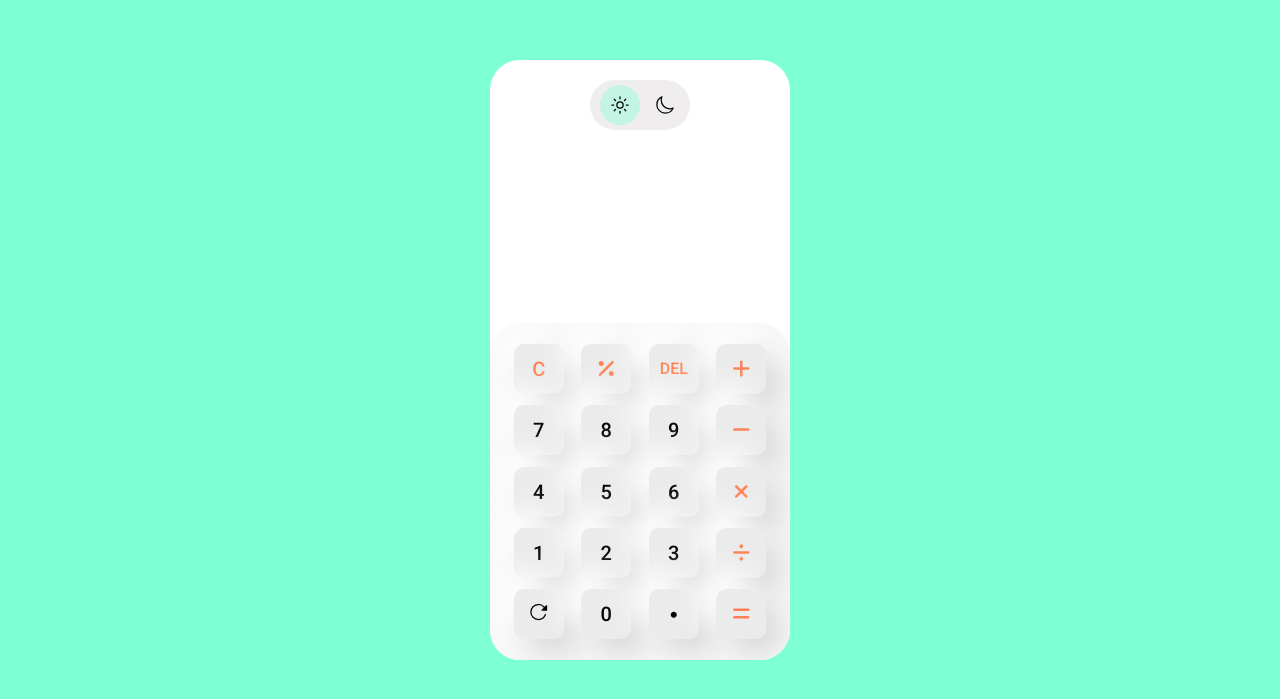
Repository: dinhtri123/caculator-app
Page: index.html
An editor plug-in stored every save of this project. The page is shown before and after a run of saves, followed by the edit.
The browser window is 1280 px wide. The pictures show the whole page.
After loading, the first visible `div.button-mode` was clicked once.

Above is the page before, as saved 2023-01-04 09:06:20.

### index.html
<!DOCTYPE html>
<html lang="en" data-theme="light">
  <head>
    <meta charset="UTF-8" />
    <meta http-equiv="X-UA-Compatible" content="IE=edge" />
    <meta name="viewport" content="width=device-width, initial-scale=1.0" />
    <title>Caculator App</title>
    <script
      type="module"
      src="https://unpkg.com/ionicons@5.5.2/dist/ionicons/ionicons.esm.js"
    ></script>
    <script
      nomodule
      src="https://unpkg.com/ionicons@5.5.2/dist/ionicons/ionicons.js"
    ></script>
    <link
      rel="stylesheet"
      href="https://cdnjs.cloudflare.com/ajax/libs/font-awesome/6.2.1/css/all.min.css"
      integrity="sha512-MV7K8+y+gLIBoVD59lQIYicR65iaqukzvf/nwasF0nqhPay5w/9lJmVM2hMDcnK1OnMGCdVK+iQrJ7lzPJQd1w=="
      crossorigin="anonymous"
      referrerpolicy="no-referrer"
    />
    <link rel="stylesheet" href="style.css" />
  </head>
  <body>
    <div class="wrapper">
      <div class="mode">
        <div class="button-mode light active-mode">
          <ion-icon name="sunny-outline" class="icon-mode"></ion-icon>
        </div>
        <div class="button-mode dark">
          <ion-icon name="moon-outline" class="icon-mode"></ion-icon>
        </div>
      </div>
      <div class="main">
        <div class="display">
          <div class="show"></div>
          <div class="result"></div>
        </div>
        <div class="caculator">
          <div>
            <button class="btn clear operator">C</button>
          </div>
          <div>
            <button value="%" class="btn operator">
              <i class="fa-solid fa-percent"></i>
            </button>
          </div>
          <div>
            <button class="btn delete operator">DEL</button>
          </div>
          <div>
            <button value="+" class="btn">
              <i class="fa-solid fa-plus operator"></i>
            </button>
          </div>
          <div>
            <button value="7" class="btn">7</button>
          </div>
          <div>
            <button value="8" class="btn">8</button>
          </div>
          <div>
            <button value="9" class="btn">9</button>
          </div>
          <div>
            <button value="-" class="btn operator">
              <i class="fa-solid fa-minus"></i>
            </button>
          </div>
          <div>
            <button value="4" class="btn">4</button>
          </div>
          <div>
            <button value="5" class="btn">5</button>
          </div>
          <div>
            <button value="6" class="btn">6</button>
          </div>
          <div>
            <button value="*" class="btn operator">
              <i class="fa-solid fa-xmark"></i>
            </button>
          </div>
          <div>
            <button value="1" class="btn">1</button>
          </div>
          <div>
            <button value="2" class="btn">2</button>
          </div>
          <div>
            <button value="3" class="btn">3</button>
          </div>
          <div>
            <button value="/" class="btn operator">
              <i class="fa-solid fa-divide"></i>
            </button>
          </div>
          <div>
            <button class="undo">
              <ion-icon name="reload-outline"></ion-icon>
            </button>
          </div>
          <div>
            <button value="0" class="btn">0</button>
          </div>
          <div>
            <button class="btn dot" value=".">
              <i class="fa-solid fa-circle"></i>
            </button>
          </div>
          <div>
            <button class="btn equal operator">
              <i class="fa-solid fa-equals"></i>
            </button>
          </div>
        </div>
      </div>
    </div>
  </body>
  <script src="index.js"></script>
</html>

### style.css
@import url("https://fonts.googleapis.com/css2?family=Roboto:wght@100;300;400;500;700&display=swap");
* {
  margin: 0;
  padding: 0;
  box-sizing: border-box;
  font-family: "Roboto", sans-serif;
}
body {
  width: 100%;
  min-height: 100vh;
  height: 100%;
  background-color: aquamarine;
  font-size: 16px;
  line-height: 1.5;
  font-weight: 400;
  display: flex;
  justify-content: center;
  align-items: center;
}

.wrapper {
  max-width: 300px;
  width: 100%;
  height: 600px;
  background: white;
  border-radius: 30px;
  position: relative;
  overflow: hidden;
}

.mode {
  position: absolute;
  top: 20px;
  left: 50%;
  transform: translateX(-50%);
  width: 100px;
  height: 50px;
  background-color: rgb(239, 237, 237);
  border-radius: 30px;
  padding: 0px 10px;
  display: flex;
  justify-content: space-around;
  align-items: center;
  gap: 5px;
}
.light,
.dark {
  display: flex;
  justify-content: center;
  align-items: center;
  padding: 10px;
  border-radius: 50%;
}
.active-mode {
  background-color: rgba(127, 255, 212, 0.388);
}
.icon-mode {
  font-size: 20px;
  cursor: pointer;
}
.main {
  width: 100%;
  height: 100%;
  display: flex;
  flex-direction: column;
  gap: 40px;
}
.display {
  width: 100%;
  height: 40%;
  display: flex;
  flex-direction: column;
  justify-content: end;
  align-items: flex-end;
  padding: 0px 40px;
}
.show {
  font-size: 20px;
  font-weight: 600;
  letter-spacing: 1.5px;
}
.result {
  font-size: 40px;
  font-weight: 700;
  letter-spacing: 1.5px;
}
.caculator {
  width: 100%;
  height: 60%;
  padding: 15px;
  border-top-left-radius: 30px;
  border-top-right-radius: 30px;
  background-color: rgb(248, 248, 248);
  display: grid;
  grid-template-columns: repeat(4, 1fr);
  justify-content: center;
  align-items: center;
}
.caculator > div {
  display: flex;
  justify-content: center;
  align-items: center;
}
button {
  width: 50px;
  height: 50px;
  border-radius: 10px;
  outline: none;
  border: none;
  background: #ebebeb;
  box-shadow: 15px 15px 30px #d8d8d8, -15px -15px 30px #fefefe;
  font-size: 20px;
  cursor: pointer;
  font-weight: 500;
}
.dot {
  font-size: 6px;
}
.delete {
  font-size: 16px;
}
.operator {
  color: coral;
}

### index.js
// mode
const btnMode = document.querySelectorAll(".button-mode");

for (let i = 0; i < btnMode.length; i++) {
  btnMode[i].addEventListener("click", function () {
    for (let j = 0; j < btnMode.length; j++) {
      btnMode[j].className = btnMode[j].className.replace(" active-mode", "");
    }
    let wrapper = document.querySelector(".wrapper");
    let main = document.querySelector(".main");
    wrapper.className += ''
    this.className += " active-mode";
  });
}
// caculator
const btn = document.querySelectorAll(".btn");
const result = document.querySelector(".result");
const show = document.querySelector(".show");
const equal = document.querySelector(".equal");
const resetField = document.querySelector(".clear");
const clearOneNumber = document.querySelector(".delete");
const undo = document.querySelector(".undo");

for (let i = 0; i < btn.length; i++) {
  btn[i].addEventListener("click", function () {
    show.textContent += this.value;
  });
}

equal.addEventListener("click", function () {
  const res = show.textContent;
  const output = eval(res);
  result.textContent = output;
  localStorage.setItem("undo", (show.textContent += this.value));
});

clearOneNumber.addEventListener("click", function () {
  let res = show.textContent;
  show.textContent = res.slice(0, -1);
});

resetField.addEventListener("click", function () {
  show.textContent = "";
  result.textContent = "";
});

undo.addEventListener("click", function () {
  let values = localStorage.getItem("undo");
  show.textContent = values;
});

After the next 4 saves:
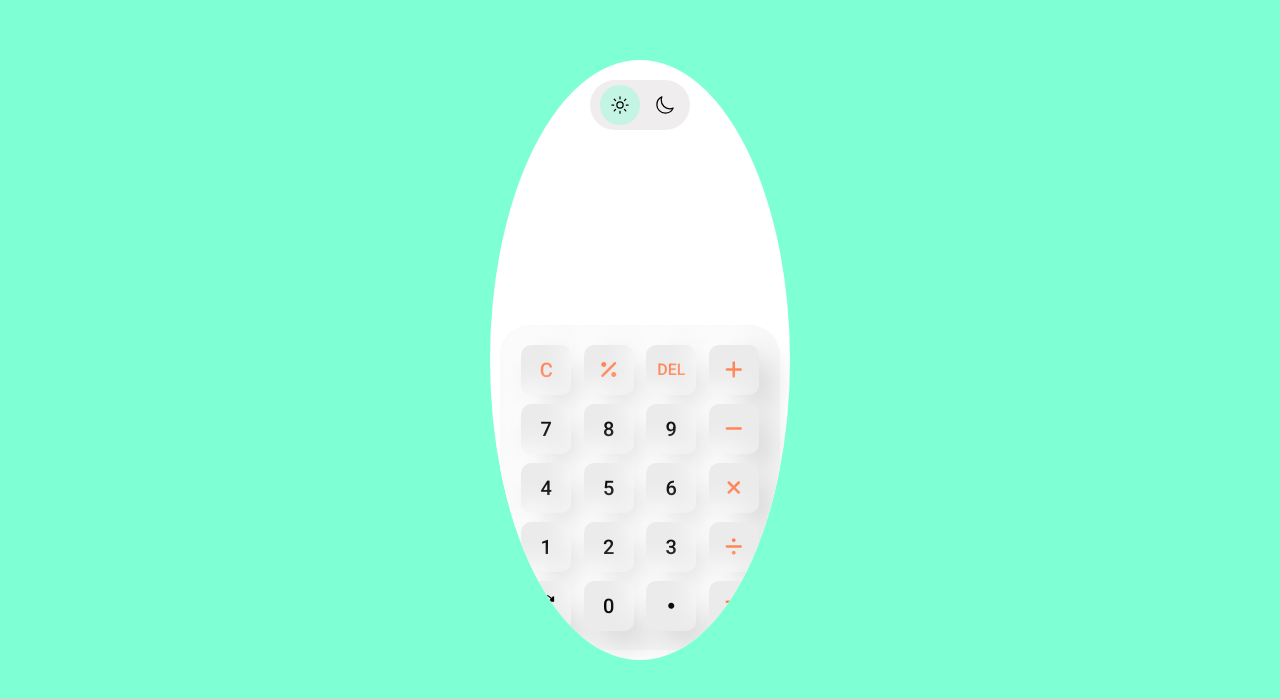
The 4 saves are shown as one change because they came seconds apart.
The last was saved 15 s later.
--- a/index.js
+++ b/index.js
@@ -8,7 +8,7 @@
     }
     let wrapper = document.querySelector(".wrapper");
     let main = document.querySelector(".main");
-    wrapper.className += ''
+    wrapper.className += ' dark'
     this.className += " active-mode";
   });
 }
